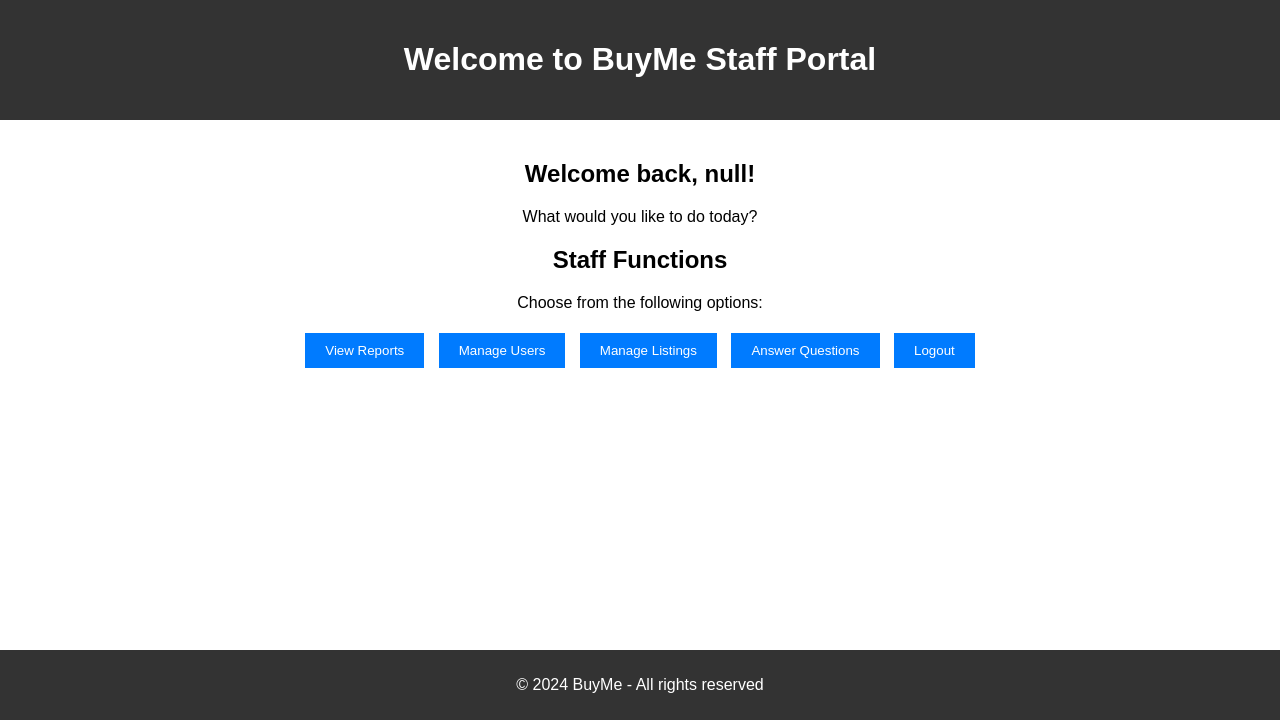
Repository: christot20/BuyMe
Page: http://localhost/336EbayAuction/StaffMode.jsp
An editor plug-in stored every save of this project. The page is shown before and after the next save, followed by the edit.
The browser window is 1280 px wide. The pictures show the whole page.
The page is served by Tomcat 9.

Above is the page before, as saved 2024-05-04 01:13:08.

After the next save:
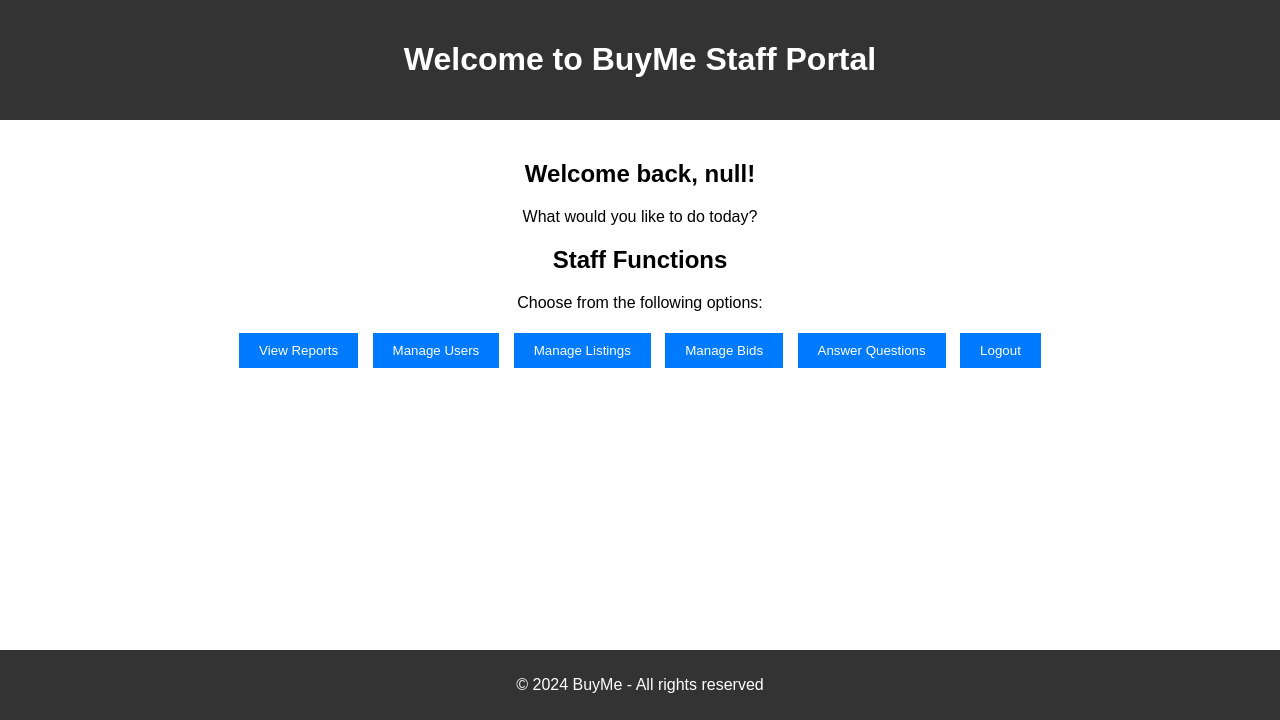
Saved 7 min 25 s later.
--- a/336EbayAuction/src/main/webapp/StaffMode.jsp
+++ b/336EbayAuction/src/main/webapp/StaffMode.jsp
@@ -62,6 +62,7 @@
             <button onclick="window.location.href='#'">View Reports</button>
             <button onclick="window.location.href='AdminManageUsers.jsp'">Manage Users</button>
             <button onclick="window.location.href='#'">Manage Listings</button>
+            <button onclick="window.location.href='#'">Manage Bids</button>
             <button onclick="window.location.href='Questions.jsp'">Answer Questions</button>
             <button onclick="window.location.href='logout.jsp'">Logout</button>
             <!-- Add more buttons for additional staff functionalities -->
